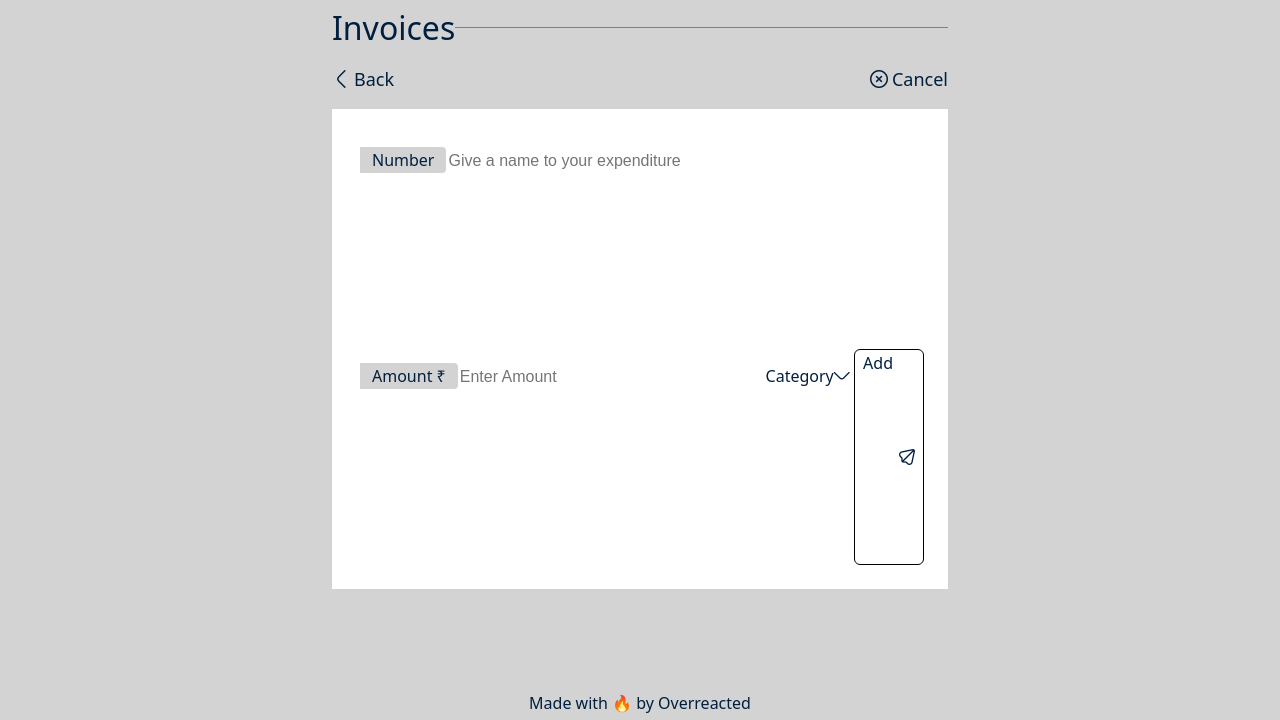
Repository: om1ars/task3
Page: /add-expense
The author's editor kept a copy of each file at every save. The page is drawn from the files as they stood at one save, then again after the next save.
The browser window is 1280 px wide. The pictures show the whole page.
Some web libraries are served in a nearby version. The project was rebuilt for these pictures with package versions that can differ from the ones it lists, and the page was loaded fresh each time. Also part of the build but not shown: src/components/add-form/success-modal.css, src/components/expense-list/card.css, src/components/expense-list/card.js, src/components/expense-list/expense-list.css, src/components/expense-list/index.js, src/pages/home/home.css, src/pages/home/index.js.

Above is the page before, as saved 2021-12-18 14:54:10.

### public/index.html
<!DOCTYPE html>
<html lang="en">
  <head>
    <meta charset="utf-8" />
    <link rel="icon" href="%PUBLIC_URL%/favicon.ico" />
    <meta name="viewport" content="width=device-width, initial-scale=1" />
    <meta name="theme-color" content="#000000" />
    <meta name="description" content="SPA to track all your expenses" />
    <link rel="apple-touch-icon" href="%PUBLIC_URL%/logo192.png" />
    <!--
      manifest.json provides metadata used when your web app is installed on a
      user's mobile device or desktop. See https://developers.google.com/web/fundamentals/web-app-manifest/
    -->
    <link rel="manifest" href="%PUBLIC_URL%/manifest.json" />
    <link rel="preconnect" href="https://fonts.googleapis.com" />
    <link rel="preconnect" href="https://fonts.gstatic.com" crossorigin />
    <link
      href="https://fonts.googleapis.com/css2?family=Noto+Sans&display=swap"
      rel="stylesheet"
    />
    <link
      rel="stylesheet"
      href="https://cdn-uicons.flaticon.com/uicons-regular-rounded/css/uicons-regular-rounded.css"
    />
    <link
      rel="stylesheet"
      href="https://cdn.jsdelivr.net/gh/devicons/devicon@v2.12.0/devicon.min.css"
    />
    <title>Xpensr</title>
  </head>
  <body>
    <noscript>You need to enable JavaScript to run this app.</noscript>
    <div id="root"></div>
    <!--
      This HTML file is a template.
      If you open it directly in the browser, you will see an empty page.

      You can add webfonts, meta tags, or analytics to this file.
      The build step will place the bundled scripts into the <body> tag.

      To begin the development, run `npm start` or `yarn start`.
      To create a production bundle, use `npm run build` or `yarn build`.
    -->
  </body>
</html>

### src/index.js
import React from "react";
import ReactDOM from "react-dom";
import "./index.css";
import App from "./App";
import reportWebVitals from "./reportWebVitals";
import { Provider } from "react-redux";
import store from "./redux/store/index";

ReactDOM.render(
  <Provider store={store}>
    <App />
  </Provider>,
  document.getElementById("root")
);

// If you want to start measuring performance in your app, pass a function
// to log results (for example: reportWebVitals(console.log))
// or send to an analytics endpoint. Learn more: https://bit.ly/CRA-vitals
reportWebVitals();

### src/index.css
body {
  margin: 0;
  font-family: "Noto Sans", sans-serif;
  -webkit-font-smoothing: antialiased;
  -moz-osx-font-smoothing: grayscale;
  background-color: lightgray;
  color: #001f3f;
}
a {
  text-decoration: none;
  color: #001f3f;
}
.button {
  /* background: #71ccca; */
  box-shadow: 20px 20px 60px #60adac, -20px -20px 60px #82ebe8;
}
code {
  font-family: source-code-pro, Menlo, Monaco, Consolas, "Courier New",
    monospace;
}

### src/App.js
import React from "react";
import { BrowserRouter as Router, Route, Switch } from "react-router-dom";
import Footer from "./components/footer";
import Header from "./components/header";
import AddExpense from "./pages/add-expense";
import Home from "./pages/home/index";

const App = () => {
  return (
    <Router>
      <Header />
      <Switch>
        <Route path="/" exact component={Home} />
        <Route path="/add-expense" component={AddExpense} />
      </Switch>
      <Footer />
    </Router>
  );
};

export default App;

### src/redux/store/index.js
import { combineReducers, createStore } from "redux";
import { expenseReducer } from "../reducers/expenses";
const reducer = combineReducers({
  expenses: expenseReducer,
});
const initialState = {};
const store = createStore(reducer, initialState);

export default store;

### src/components/footer/index.js
import React from "react";
import "./footer.css";
const Footer = () => {
  return <footer>Made with 🔥 by Overreacted</footer>;
};

export default Footer;

### src/components/header/index.js
import React from "react";
import "./header.css";
const Header = () => {
  return (
    <div className="header-container">
      <div className="header" style={{ display: "flex", alignItems: "center" }}>
        <div className="header-logo">
          Invoices
        </div>
        <div
          style={{ height: "1px", width: "100%", backgroundColor: "gray" }}
        ></div>
      </div>
    </div>
  );
};

export default Header;

### src/pages/add-expense/index.js
import React from "react";
import AddForm from "../../components/add-form";
import TopFold from "../../components/top-fold";
import "./add-expense.css";
const AddExpense = () => {
  return (
    <div className="add-expense">
      <TopFold />
      <AddForm />
    </div>
  );
};

export default AddExpense;

### src/redux/reducers/expenses.js
import {
  ADD_EXPENSE,
  DELETE_EXPENSE,
  SEARCH_EXPENSE,
} from "../action-types/expenses";

const initialList = () => {
  const list = localStorage.getItem("expense-list");
  let expenses = [];
  if (list) {
    expenses = JSON.parse(list);
  }
  return expenses;
};
const initialState = {
  expenseList: initialList(),
  query: "",
};

export const expenseReducer = (state = initialState, action) => {
  switch (action.type) {
    case ADD_EXPENSE: {
      localStorage.setItem(
        "expense-list",
        JSON.stringify([...state.expenseList, action.data])
      );
      return {
        ...state,
        expenseList: [...state.expenseList, action.data],
        query: "",
      };
    }
    case DELETE_EXPENSE: {
      const { data } = action;
      const updatedList = state.expenseList.filter(
        (item) => item.createdAt !== data.createdAt
      );
      localStorage.setItem("expense-list", JSON.stringify(updatedList));
      return {
        ...state,
        expenseList: updatedList,
      };
    }
    case SEARCH_EXPENSE: {
      const { query } = action;
      return {
        ...state,
        query,
      };
    }
    default:
      return {
        ...state,
      };
  }
};

### src/components/footer/footer.css
footer {
  width: 100%;
  position: fixed;
  bottom: 0;
  display: flex;
  justify-content: center;
  align-items: center;
  padding-bottom: 6px;
}

### src/components/header/header.css
.header-container {
  width: 50%;
  margin: auto;
}
.header {
  display: flex;
  justify-content: space-between;
  align-items: center;
  flex: 1;
  margin: 6px 12px;
}
.header-logo {
  display: flex;
  align-items: center;
  font-size: 32px;
  font-weight: 500;
}
.header-logo i {
  display: flex;
  align-items: center;
  margin-left: 6px;
}

.header-button {
  font-size: 20px;
  display: flex;
  justify-content: center;
  align-items: center;
  border: 1px solid black;
  border-radius: 6px;
  padding: 0px 8px;
}
.header-button i {
  margin-right: 4px;
}

@media only screen and (max-width: 1024px) {
  .header-container {
    width: 90%;
  }
  .header-logo {
    font-size: 28px;
  }
  .header-button {
    font-size: 18px;
  }
}

@media only screen and (max-width: 512px) {
  .header-container {
    width: 100%;
  }
  .header-logo {
    font-size: 24px;
  }
  .header-button {
    font-size: 16px;
  }
}

### src/components/add-form/index.js
import React, { useState } from "react";
import { categories } from "../../constants/add-expense";
import "react-toastify/dist/ReactToastify.css";
import "./add-form.css";
import { toast, ToastContainer } from "react-toastify";
import { useDispatch } from "react-redux";
import { addExpense } from "../../redux/actions/expenses";
import SuccessModal from "./success-modal";

const AddForm = () => {
  const [categoryOpen, setCategoryOpen] = useState(false);
  const cat = categories;
  const [title, setTitle] = useState("");
  const [amount, setAmount] = useState("");
  const [category, setCategory] = useState();
  const dispatch = useDispatch();
  const [modalOpen, setModalOpen] = useState(false);
  const handleTitle = (e) => {
    setTitle(e.target.value);
  };
  const handleAmount = (e) => {
    const val = parseFloat(e.target.value);
    if (isNaN(val)) {
      setAmount("");
      return;
    }
    setAmount(val);
  };
  const handleCategory = (category) => {
    setCategory(category);
    setCategoryOpen(false);
    console.log(category);
  };

  const handleSubmit = () => {
    if (title === "" || amount === "" || !category) {
      const notify = () => toast("Please enter complete data");
      notify();
      return;
    }
    const data = {
      title,
      amount,
      category,
      createdAt: new Date(),
    };
    dispatch(addExpense(data));
    setModalOpen(!modalOpen);
  };

  return (
    <div className="add-form">
      <SuccessModal modalOpen={modalOpen} />
      <ToastContainer
        position="bottom-left"
        autoClose={1500}
        hideProgressBar={false}
        newestOnTop={false}
        closeOnClick
      />
      <div className="form-item">
        <label>Number</label>
        <input
          placeholder="Give a name to your expenditure"
          value={title}
          onChange={(e) => handleTitle(e)}
        />
      </div>
      <div className="form-item">
        <label>Amount ₹</label>
        <input
          placeholder="Enter Amount"
          className="amount-input"
          onChange={(e) => handleAmount(e)}
          value={amount}
        />
      </div>
      <div className="category-container-parent">
        <div className="category">
          <div
            className="category-dropdown"
            onClick={() => setCategoryOpen(!categoryOpen)}
          >
            <label>{category ? category.title : "Category"}</label>
            <i class="fi-rr-angle-down"></i>
          </div>
          {categoryOpen && (
            <div className="category-container">
              {cat.map((category) => (
                <div
                  className="category-item"
                  style={{ borderRight: `5px solid ${category.color}` }}
                  key={category.id}
                  onClick={() => handleCategory(category)}
                >
                </div>
              ))}
            </div>
          )}
        </div>
      </div>
      <div className="form-add-button">
        <div onClick={handleSubmit}>
          <label>Add</label>
          <i class="fi-rr-paper-plane"></i>
        </div>
      </div>
    </div>
  );
};

export default AddForm;

### src/components/top-fold/index.js
import React, { useEffect, useState } from "react";
import { Link, useLocation } from "react-router-dom";
import "./top-fold.css";
import { useDispatch } from "react-redux";
import { searchExpense } from "../../redux/actions/expenses";
const TopFold = () => {
  const [query, setQuery] = useState("");
  const dispatch = useDispatch();
  const handleQuery = (e) => {
    setQuery(e.target.value);
    dispatch(searchExpense(e.target.value));
  };
  return (
    <div className="topfold">
      {window.location.pathname === "/" ? (
        <div className="home-topfold">
          <Link to="/add-expense">
            <div
              className="add-button"
              style={{
                width: "700px",
                backgroundColor: "white",
                padding: 15,
              }}
            >
              <div style={{ marginBottom: 10 }}>Actions</div>
              <label
                style={{
                  padding: "6px 28px",
                  borderRadius: "5px",
                  backgroundColor: "blue",
                }}
              >
                Add
              </label>
            </div>
          </Link>
        </div>
      ) : (
        <div className="add-topfold">
          <Link to="/">
            <div className="add-topfold-button">
              <i class="fi-rr-angle-left"></i>
              <label>Back</label>
            </div>
          </Link>
          <Link to="/">
            <div className="add-topfold-button">
              <i class="fi-rr-cross-circle"></i>
              <label>Cancel</label>
            </div>
          </Link>
        </div>
      )}
    </div>
  );
};

export default TopFold;

### src/pages/add-expense/add-expense.css
.add-expense {
  width: 50%;
  margin: auto;
}

@media only screen and (max-width: 1024px) {
  .add-expense {
    width: 90%;
  }
}

@media only screen and (max-width: 512px) {
  .add-expense {
    width: 100%;
  }
}

### src/redux/action-types/expenses.js
export const ADD_EXPENSE = "ADD_EXPENSE";

export const DELETE_EXPENSE = "DELETE_EXPENSE";

export const SEARCH_EXPENSE = "SEARCH_EXPENSE";

### src/constants/add-expense.js
export const categories = [
  {
    id: 1,
    title: "Education",
    icon: require("../assets/images/education.png"),
    color: "#A95EC2",
  },
  {
    id: 2,
    title: "Healthcare",
    icon: require("../assets/images/healthcare.png"),
    color: "#FF768A",
  },
  {
    id: 3,
    title: "Shopping",
    icon: require("../assets/images/shopping.png"),
    color: "#EC60AB",
  },
  {
    id: 4,
    title: "Food",
    icon: require("../assets/images/food.png"),
    color: "#FF9E6D",
  },
  {
    id: 5,
    title: "Other",
    icon: require("../assets/images/entertainment.png"),
    color: "#FFCB5E",
  },
];

### src/components/add-form/add-form.css
.add-form {
  background: white;
  /* box-shadow: 20px 20px 60px #60adac, -20px -20px 60px #82ebe8; */
  margin: 6px 12px;
  padding: 24px;
  display: flex;
  /* flex-direction: column; */
  flex-wrap: wrap;
  flex: 1;
  height: 60vh;
}
.form-item {
  margin: 12px 0px;
  width: 70%;
  padding: 4px;
  border-radius: 6px;
  background-color: white;
}
.form-item label {
  background-color: lightgrey;
  padding: 2px 12px;
  border-radius: 0px 4px 4px 0px;
}
.form-item input {
  font-size: 16px;
  border: none;
  width: 70%;
  outline: none;
}
.category-container-parent {
  display: flex;
  flex-direction: column;
  flex: 1;
}
.category {
  position: relative;
  width: 40%;
}
.category-dropdown {
  display: flex;
  justify-content: space-between;
  align-items: center;
  margin: 12px 0px;
  background-color: white;
  border-radius: 6px;
  padding: 4px;
}
.category-dropdown i {
  display: flex;
  align-items: center;
}

.category-container {
  display: flex;
  position: absolute;
  width: 100%;
  flex-direction: column;
  background: #ffffff;
}

.category-item {
  width: 98%;
  display: flex;
  justify-content: space-between;
  padding: 8px 0px;
  cursor: pointer;
}
.category-item img {
  height: 32px;
  margin-right: 20px;
}

.form-add-button {
  display: flex;
  justify-content: flex-end;
}
.form-add-button div {
  display: flex;
  border: 1px solid black;
  padding: 2px 8px;
  border-radius: 6px;
  cursor: pointer;
}

.form-add-button div i {
  display: flex;
  align-items: center;
  margin-left: 6px;
}

@media only screen and (max-width: 1024px) {
  .form-item {
    width: 100%;
  }
  .form-item input {
    width: 70%;
  }
  .amount-input {
    width: 50% !important;
  }
  .category {
    width: 80%;
  }
}

### src/redux/actions/expenses.js
import {
  ADD_EXPENSE,
  DELETE_EXPENSE,
  SEARCH_EXPENSE,
} from "../action-types/expenses";

export const addExpense = (data) => {
  return {
    type: ADD_EXPENSE,
    data,
  };
};

export const deleteExpense = (data) => {
  console.log(data, "Action");
  return {
    type: DELETE_EXPENSE,
    data,
  };
};

export const searchExpense = (query) => {
  console.log(query);
  return {
    type: SEARCH_EXPENSE,
    query,
  };
};

### src/components/add-form/success-modal.js
import React from "react";
import Modal from "react-modal";
import { Link } from "react-router-dom";
import "./success-modal.css";
const SuccessModal = ({ modalOpen, setModalOpen }) => {
  const customStyles = {
    content: {
      top: "50%",
      left: "50%",
      right: "auto",
      bottom: "auto",
      marginRight: "-50%",
      transform: "translate(-50%, -50%)",
      backgroundColor: "#71ccca",
      borderRadius: "12px",
    },
  };
  return (
    <Modal isOpen={modalOpen} style={customStyles}>
      <div className="modal-inner">
        <label>Expense Added Successfully!</label>
        <img
          src={require("../../assets/images/added-image.png").default}
          alt="Expense Added"
          className="added-image"
        />
        <Link to="/">
          <div className="take-home-button">
            <i class="fi-rr-home"></i>
            Home
          </div>
        </Link>
      </div>
    </Modal>
  );
};

export default SuccessModal;

### src/components/top-fold/top-fold.css
.topfold {
  display: flex;
  justify-content: space-between;
  margin: 6px 12px;
  padding: 12px 0px;
  align-items: center;
}
.home-topfold {
  display: flex;
  justify-content: space-between;
  flex: 1;
}
.searchbar {
  display: flex;
  align-items: center;
  width: 50%;
  background-color: white;
  border-radius: 12px;
}
.searchbar input {
  width: 80%;
  outline: none;
  padding: 8px 0px;
  border: none;
  margin-left: 6px;
  background-color: white;
}

.searchbar i {
  display: flex;
  align-items: center;
  margin-left: 6px;
}

.add-button {
  /* display: flex; */
  align-items: center;
  border-radius: 4px;
  border: 1px solid white;
  font-size: 20px;
  padding: 0px 8px;
  border-radius: 6px;
  cursor: pointer;
}

.add-button i {
  display: flex;
  align-items: center;
  margin-right: 4px;
}
.add-topfold {
  display: flex;
  justify-content: space-between;
  flex: 1;
}
.add-topfold-button {
  display: flex;
  align-items: center;
  font-size: 18px;
  cursor: pointer;
}
.add-topfold-button i {
  display: flex;
  align-items: center;
  margin-right: 4px;
}

@media only screen and (max-width: 1024px) {
  .add-button {
    font-size: 18px;
  }
  .searchbar {
    width: 70%;
  }
}

@media only screen and (max-width: 512px) {
  .add-button {
    font-size: 16px;
  }
}

Loaded but not shown: src/reportWebVitals.js (common file)

After the next save:
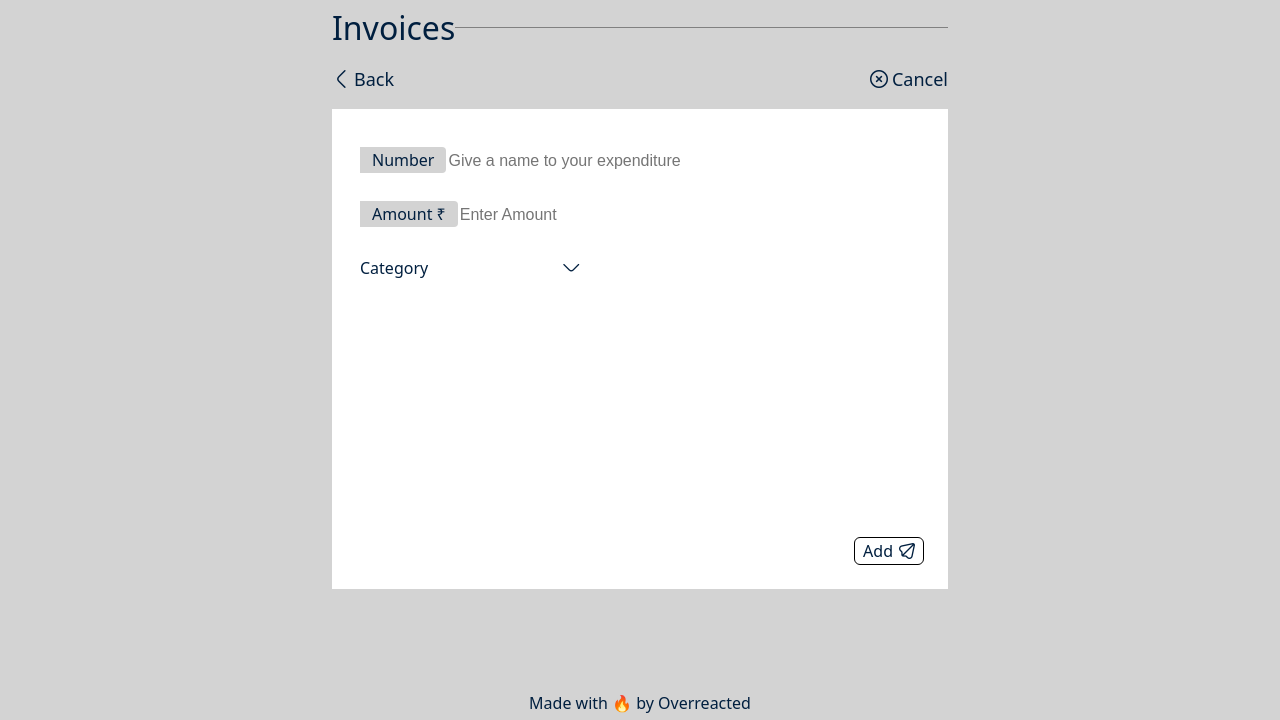
Saved 17 s later.
--- a/src/components/add-form/add-form.css
+++ b/src/components/add-form/add-form.css
@@ -4,8 +4,8 @@
   margin: 6px 12px;
   padding: 24px;
   display: flex;
-  /* flex-direction: column; */
-  flex-wrap: wrap;
+  flex-direction: column;
+  /* flex-wrap: wrap; */
   flex: 1;
   height: 60vh;
 }
